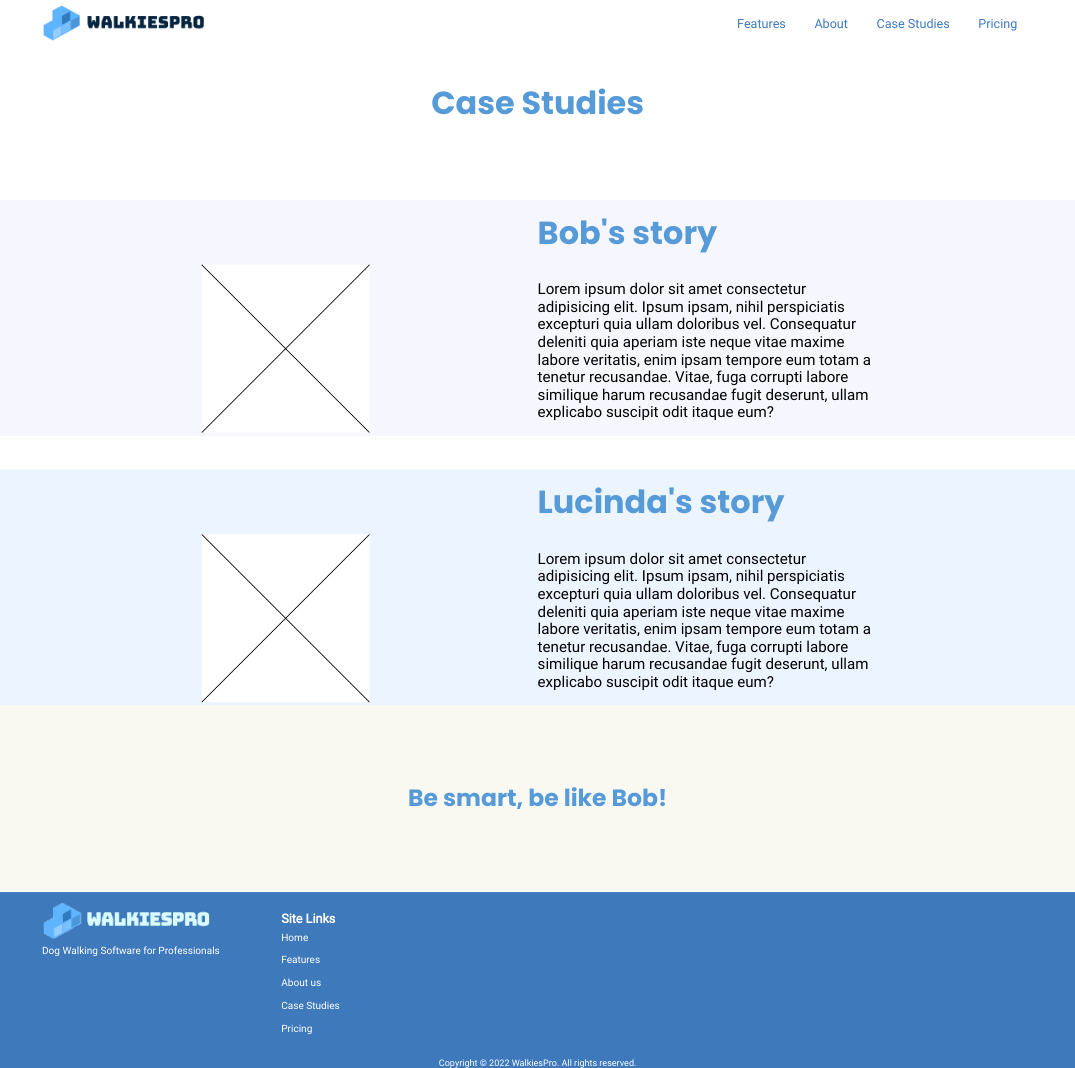
Repository: StevieC87/LAYOUT4
Page: case-studies.html
An editor plug-in stored every save of this project. The page is shown before and after the next save, followed by the edit.
The browser window is 1280 px wide. The pictures show the whole page, at 84% of full size.

Above is the page before, as saved 2022-01-02 18:38:09.

After the next save:
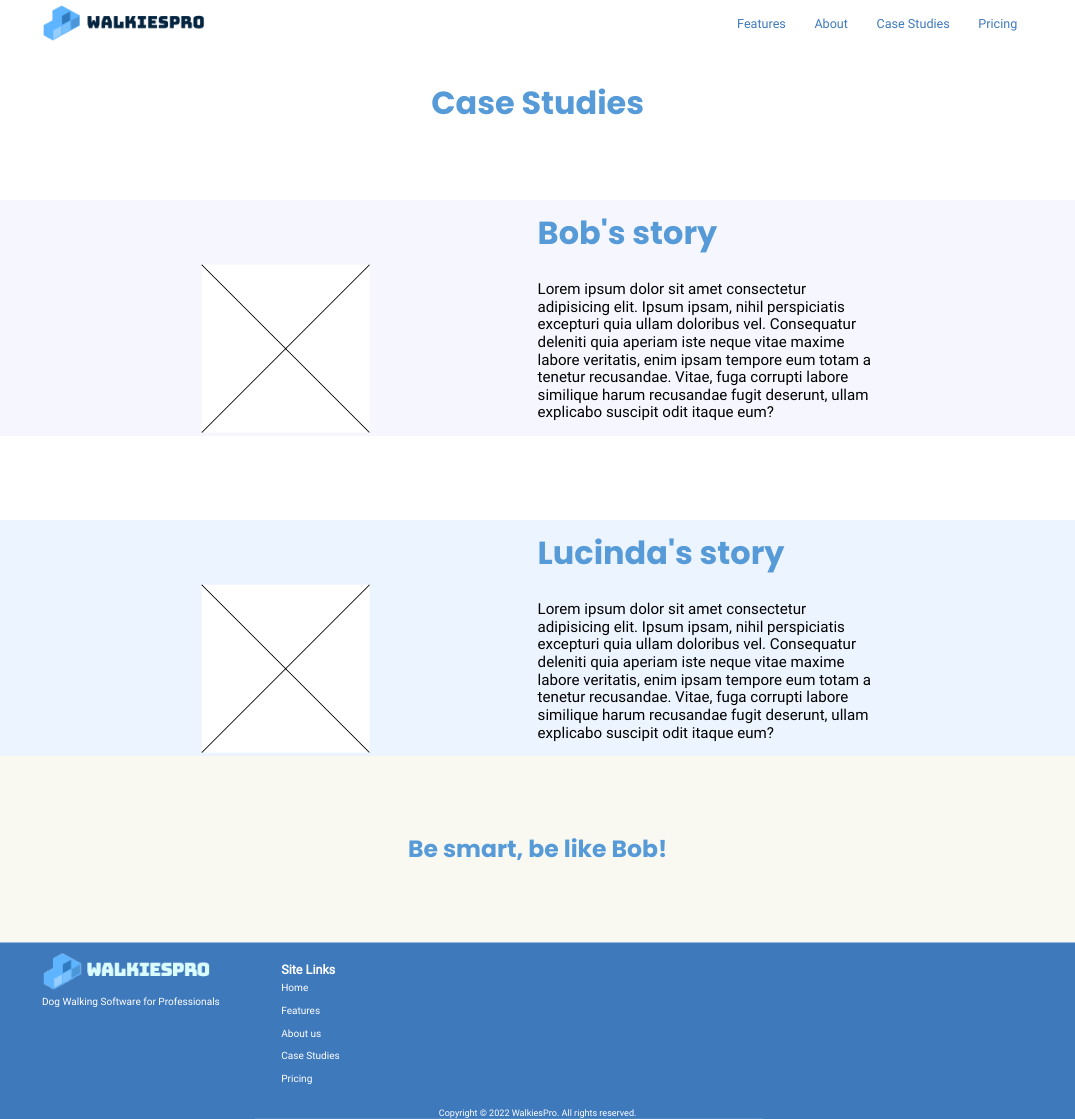
Saved 7 s later.
--- a/css/casestudies.css
+++ b/css/casestudies.css
@@ -11,7 +11,7 @@
 }
 
 .casestudy2 {
-  margin-top: 40px;
+  margin-top: 100px;
 }
 .bgrcolor1 {
   background-color: #f6f7fe;
